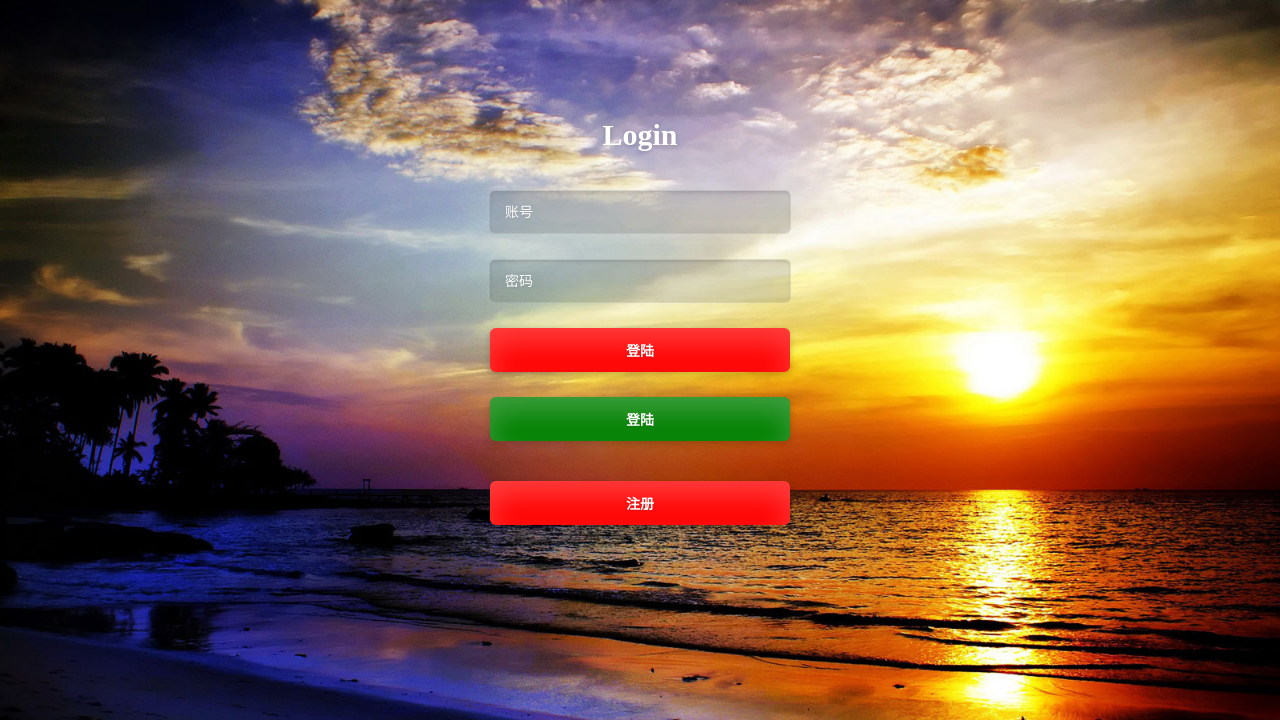
Repository: SUT-GC/myblog
Page: http://localhost/myblog/jsp/login/login.jsp
The author's editor kept a copy of each file at every save. The page is drawn from the files as they stood at one save, then again after the next save.
The browser window is 1280 px wide. The pictures show the whole page.
Some web libraries are served in a nearby version. The page is served by Tomcat 9. Other server files are loaded and not shown.

Above is the page before, as saved 2015-10-01 09:49:55.
Console error: TypeError: $(...).live is not a function

### javaee_workspace/myblog/WebContent/jsp/login/login.jsp
<%@ page language="java" contentType="text/html; charset=utf-8"
    pageEncoding="utf-8"%>
<!DOCTYPE html PUBLIC "-//W3C//DTD HTML 4.01 Transitional//EN" "http://www.w3.org/TR/html4/loose.dtd">
<html>

    <head>

        <meta charset="utf-8">
        <title>用户登陆</title>
        <meta name="viewport" content="width=device-width, initial-scale=1.0">
        <meta name="description" content="">
        <meta name="author" content="">

        <!-- CSS -->
        <link rel="stylesheet" href="css/reset.css">
        <link rel="stylesheet" href="css/supersized.css">
        <link rel="stylesheet" href="css/style.css">

        <!-- HTML5 shim, for IE6-8 support of HTML5 elements -->
        <!--[if lt IE 9]>
            <script src="http://html5shim.googlecode.com/svn/trunk/html5.js"></script>
        <![endif]-->

    </head>

    <body oncontextmenu="return false">

        <div class="page-container">
            <h1>Login</h1>
            <form action="" method="post">
				<div>
					<input type="text" name="username" class="username" placeholder="账号" autocomplete="off"/>
				</div>
                <div>
					<input type="password" name="password" class="password" placeholder="密码" oncontextmenu="return false" onpaste="return false" />
                </div>
                <button id="register" type="button" onclick="toRegister()">登陆</button>
                <button id="submit" type="button">登陆</button>

            </form>
            <form action="../registered/registered.jsp" method="post">
            	<button id="register" type="button" onclick="toRegister()">注册</button>
            </form>
            <div class="connect">
                <p>You cannot improve your past, but you can improve your future. </p>
				<p style="margin-top:20px;">你不能改变你的过去，但你可以让你的未来变得更美好。</p>
            </div>
        </div>
		<div class="alert" style="display:none">
			<h2>消息</h2>
			<div class="alert_con">
				<p id="ts"></p>
				<p style="line-height:70px"><a class="btn">确定</a></p>
			</div>
		</div>

        <!-- Javascript -->
		<script src="http://apps.bdimg.com/libs/jquery/1.6.4/jquery.min.js" type="text/javascript"></script>
        <script src="js/supersized.3.2.7.min.js"></script>
        <script src="js/supersized-init.js"></script>
		<script>
		$(".btn").click(function(){
			is_hide();
		})
		var u = $("input[name=username]");
		var p = $("input[name=password]");
		$("#submit").live('click',function(){
			if(u.val() == '' || p.val() =='')
			{
				$("#ts").jsp("用户名或密码不能为空~");
				is_show();
				return false;
			}
			else{
				var reg = /^[0-9A-Za-z]+$/;
				if(!reg.exec(u.val()))
				{
					$("#ts").jsp("用户名错误");
					is_show();
					return false;
				}
			}
		});
		function toRegister(){
			 window.location.href='../registered/registered.jsp';
		}
		window.onload = function()
		{
			$(".connect p").eq(0).animate({"left":"0%"}, 600);
			$(".connect p").eq(1).animate({"left":"0%"}, 400);
		}
		function is_hide(){ $(".alert").animate({"top":"-40%"}, 300) }
		function is_show(){ $(".alert").show().animate({"top":"45%"}, 300) }
		</script>
    </body>

</html>

### javaee_workspace/myblog/WebContent/jsp/login/css/supersized.css
/*

	Supersized - Fullscreen Slideshow jQuery Plugin
	Version : 3.2.7
	Site	: www.buildinternet.com/project/supersized

	Author	: Sam Dunn
	Company : One Mighty Roar (www.onemightyroar.com)
	License : MIT License / GPL License

*/

* { margin:0; padding:0; }
body { background:#111; height:100%; }
	img { border:none; }

	#supersized-loader { position:absolute; top:50%; left:50%; z-index:0; width:60px; height:60px; margin:-30px 0 0 -30px; text-indent:-999em; background:url(../img/progress.gif) no-repeat center center;}

	#supersized {  display:block; position:fixed; left:0; top:0; overflow:hidden; z-index:-999; height:100%; width:100%; }
		#supersized img { width:auto; height:auto; position:relative; display:none; outline:none; border:none; }
			#supersized.speed img { -ms-interpolation-mode:nearest-neighbor; image-rendering: -moz-crisp-edges; }	/*Speed*/
			#supersized.quality img { -ms-interpolation-mode:bicubic; image-rendering: optimizeQuality; }			/*Quality*/

		#supersized li { display:block; list-style:none; z-index:-30; position:fixed; overflow:hidden; top:0; left:0; width:100%; height:100%; background:#111; }
		#supersized a { width:100%; height:100%; display:block; }
			#supersized li.prevslide { z-index:-20; }
			#supersized li.activeslide { z-index:-10; }
			#supersized li.image-loading { background:#111 url(../img/progress.gif) no-repeat center center; width:100%; height:100%; }
				#supersized li.image-loading img{ visibility:hidden; }
			#supersized li.prevslide img, #supersized li.activeslide img{ display:inline; }


#supersized img { max-width: none !important }

### javaee_workspace/myblog/WebContent/jsp/login/css/style.css
/*
 *
 * Template Name: Fullscreen Login
 * Description: Login Template with Fullscreen Background Slideshow
 * Author: Anli Zaimi
 * Author URI: http://azmind.com
 *
 */


body {
    background: #f8f8f8;
    /*font-family: 'PT Sans', Helvetica, Arial, sans-serif;*/
	font-family:"Microsoft YaHei",微软雅黑,"Microsoft JhengHei",华文细黑,STHeiti,MingLiu;
    text-align: center;
    color: #fff;
}

.page-container {
    margin: 120px auto 0 auto;
}

h1 {
    font-size: 30px;
    font-weight: 700;
    text-shadow: 0 1px 4px rgba(0,0,0,.2);
}

form {
    position: relative;
    width: 305px;
    margin: 15px auto 0 auto;
    text-align: center;
}

input {
    width: 270px;
    height: 42px;
	line-height:42px;
    margin-top: 25px;
    padding: 0 15px;
    background: #2d2d2d; /* browsers that don't support rgba */
    *background-color:transparent;
    background: rgba(45,45,45,.15);
    -moz-border-radius: 6px;
    -webkit-border-radius: 6px;
    border-radius: 6px;
    border: 1px solid #3d3d3d; /* browsers that don't support rgba */
    border: 1px solid rgba(255,255,255,.15);
    -moz-box-shadow: 0 2px 3px 0 rgba(0,0,0,.1) inset;
    -webkit-box-shadow: 0 2px 3px 0 rgba(0,0,0,.1) inset;
    box-shadow: 0 2px 3px 0 rgba(0,0,0,.1) inset;
    font-family: 'PT Sans', Helvetica, Arial, sans-serif;
    font-size: 14px;
    color: #fff;
    text-shadow: 0 1px 2px rgba(0,0,0,.1);
    -o-transition: all .2s;
    -moz-transition: all .2s;
    -webkit-transition: all .2s;
    -ms-transition: all .2s;
}

input:-moz-placeholder { color: #fff; }
input:-ms-input-placeholder { color: #fff; }
input::-webkit-input-placeholder { color: #fff; }

input:focus {
    outline: none;
    -moz-box-shadow:
        0 2px 3px 0 rgba(0,0,0,.1) inset,
        0 2px 7px 0 rgba(0,0,0,.2);
    -webkit-box-shadow:
        0 2px 3px 0 rgba(0,0,0,.1) inset,
        0 2px 7px 0 rgba(0,0,0,.2);
    box-shadow:
        0 2px 3px 0 rgba(0,0,0,.1) inset,
        0 2px 7px 0 rgba(0,0,0,.2);
}

#submit {
    cursor: pointer;
    width: 300px;
    height: 44px;
    margin-top: 25px;
    padding: 0;
    background: green;
    -moz-border-radius: 6px;
    -webkit-border-radius: 6px;
    border-radius: 6px;
    border: 0px;
    -moz-box-shadow:
        0 15px 30px 0 rgba(255,255,255,.25) inset,
        0 2px 7px 0 rgba(0,0,0,.2);
    -webkit-box-shadow:
        0 15px 30px 0 rgba(255,255,255,.25) inset,
        0 2px 7px 0 rgba(0,0,0,.2);
    box-shadow:
        0 15px 30px 0 rgba(255,255,255,.25) inset,
        0 2px 7px 0 rgba(0,0,0,.2);
    font-family: 'PT Sans', Helvetica, Arial, sans-serif;
    font-size: 14px;
    font-weight: 700;
    color: #fff;
    text-shadow: 0 1px 2px rgba(0,0,0,.1);
    -o-transition: all .2s;
    -moz-transition: all .2s;
    -webkit-transition: all .2s;
    -ms-transition: all .2s;
}
#register {
    cursor: pointer;
    width: 300px;
    height: 44px;
    margin-top: 25px;
    padding: 0;
    background: red;
    -moz-border-radius: 6px;
    -webkit-border-radius: 6px;
    border-radius: 6px;
    border: 0px;
    -moz-box-shadow:
        0 15px 30px 0 rgba(255,255,255,.25) inset,
        0 2px 7px 0 rgba(0,0,0,.2);
    -webkit-box-shadow:
        0 15px 30px 0 rgba(255,255,255,.25) inset,
        0 2px 7px 0 rgba(0,0,0,.2);
    box-shadow:
        0 15px 30px 0 rgba(255,255,255,.25) inset,
        0 2px 7px 0 rgba(0,0,0,.2);
    font-family: 'PT Sans', Helvetica, Arial, sans-serif;
    font-size: 14px;
    font-weight: 700;
    color: #fff;
    text-shadow: 0 1px 2px rgba(0,0,0,.1);
    -o-transition: all .2s;
    -moz-transition: all .2s;
    -webkit-transition: all .2s;
    -ms-transition: all .2s;
}

button:hover {
    -moz-box-shadow:
        0 15px 30px 0 rgba(255,255,255,.15) inset,
        0 2px 7px 0 rgba(0,0,0,.2);
    -webkit-box-shadow:
        0 15px 30px 0 rgba(255,255,255,.15) inset,
        0 2px 7px 0 rgba(0,0,0,.2);
    box-shadow:
        0 15px 30px 0 rgba(255,255,255,.15) inset,
        0 2px 7px 0 rgba(0,0,0,.2);
}

button:active {
    -moz-box-shadow:
        0 15px 30px 0 rgba(255,255,255,.15) inset,
        0 2px 7px 0 rgba(0,0,0,.2);
    -webkit-box-shadow:
        0 15px 30px 0 rgba(255,255,255,.15) inset,
        0 2px 7px 0 rgba(0,0,0,.2);
    box-shadow:
        0 5px 8px 0 rgba(0,0,0,.1) inset,
        0 1px 4px 0 rgba(0,0,0,.1);

    border: 0px solid #ef4300;
}

.connect {
    width: 800px;
    margin: 50px auto 0 auto;
    font-size: 14px;

    text-shadow: 0 1px 3px rgba(0,0,0,.2);
}
.connect p{
    position:relative;
	left:-140%;
	top:0
}
.connect a {
    display: inline-block;
    width: 32px;
    height: 35px;
    margin-top: 15px;
    -o-transition: all .2s;
    -moz-transition: all .2s;
    -webkit-transition: all .2s;
    -ms-transition: all .2s;
}
.alert{
	width:310px;
	height:200px;
	background:#000;
	position:absolute;
	top:-40%;
	left:50%;
	margin: -101px 0 0 -151px;
}
.alert h2{
	height:40px;
	padding-left:8px;
	font-size:14px;
	background:#FF0543;
	text-align:left;
	line-height:40px;
}
.alert .alert_con{
	background:#fff;
	height:160px;
}
.alert .alert_con p{
	color:#000;
	line-height:90px;
}
.alert .alert_con .btn{
	padding:3px 10px;
	color:#fff;
	cursor:pointer;
	background:#72D1FF;
	border:1px solid #72D1FF;
	border-radius:4px;
}
.alert .alert_con .btn:hover{
	background:#4FB2EF;
	border:1px solid #4FB2EF;
	border-radius:4px;
}
/*
.connect a.facebook { background: url(../img/facebook.png) center center no-repeat; }
.connect a.twitter { background: url(../img/twitter.png) center center no-repeat; }

.connect a:hover { background-position: center bottom; }
*/

### javaee_workspace/myblog/WebContent/jsp/login/js/supersized-init.js
jQuery(function($){

    $.supersized({

        // Functionality
        slide_interval     : 6000,    // Length between transitions
        transition         : 1,    // 0-None, 1-Fade, 2-Slide Top, 3-Slide Right, 4-Slide Bottom, 5-Slide Left, 6-Carousel Right, 7-Carousel Left
        transition_speed   : 3000,    // Speed of transition
        performance        : 1,    // 0-Normal, 1-Hybrid speed/quality, 2-Optimizes image quality, 3-Optimizes transition speed // (Only works for Firefox/IE, not Webkit)

        // Size & Position
        min_width          : 0,    // Min width allowed (in pixels)
        min_height         : 0,    // Min height allowed (in pixels)
        vertical_center    : 1,    // Vertically center background
        horizontal_center  : 1,    // Horizontally center background
        fit_always         : 0,    // Image will never exceed browser width or height (Ignores min. dimensions)
        fit_portrait       : 1,    // Portrait images will not exceed browser height
        fit_landscape      : 0,    // Landscape images will not exceed browser width

        // Components
        slide_links        : 'blank',    // Individual links for each slide (Options: false, 'num', 'name', 'blank')
        slides             : [    // Slideshow Images
                                 {image : './img/1.jpg'},
                                 {image : './img/2.jpg'},
                                 {image : './img/3.jpg'}
                             ]

    });

});

Loaded but not shown: javaee_workspace/myblog/WebContent/jsp/login/css/reset.css (common file); javaee_workspace/myblog/WebContent/jsp/login/js/supersized.3.2.7.min.js (library)

After the next save:
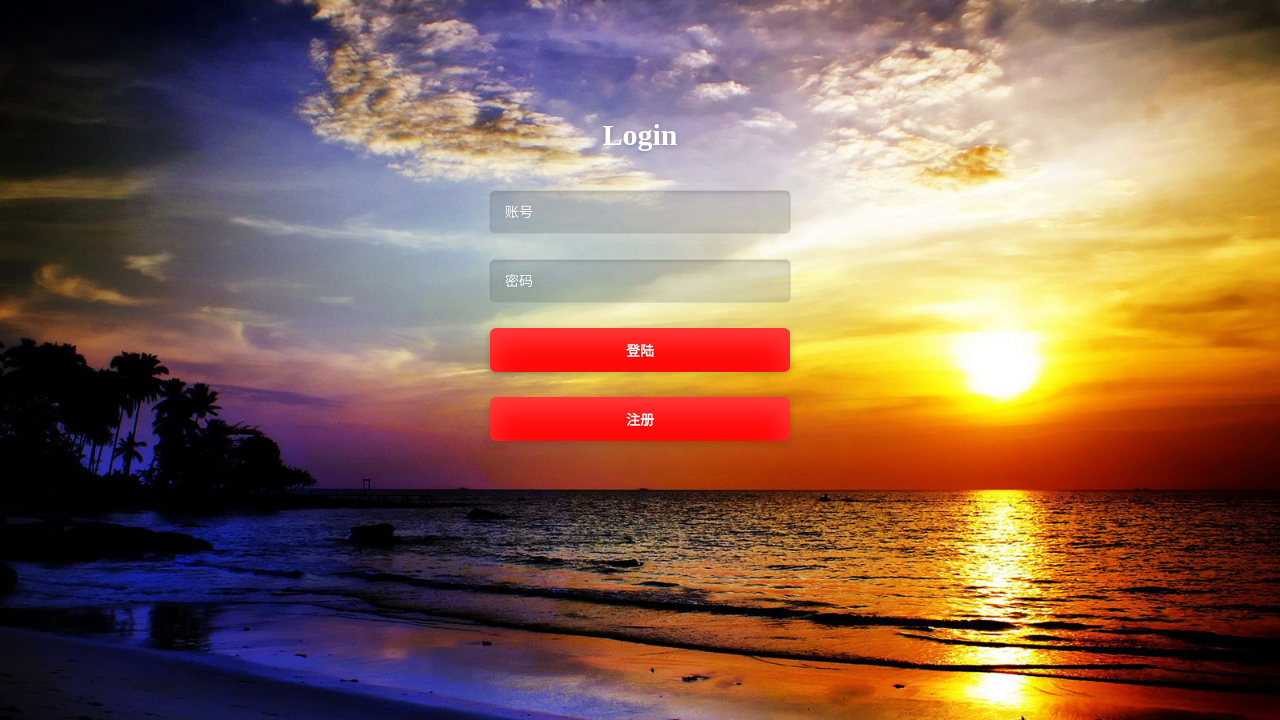
Saved 36 s later.
--- a/javaee_workspace/myblog/WebContent/jsp/login/login.jsp
+++ b/javaee_workspace/myblog/WebContent/jsp/login/login.jsp
@@ -35,11 +35,7 @@
 					<input type="password" name="password" class="password" placeholder="密码" oncontextmenu="return false" onpaste="return false" />
                 </div>
                 <button id="register" type="button" onclick="toRegister()">登陆</button>
-                <button id="submit" type="button">登陆</button>
-
-            </form>
-            <form action="../registered/registered.jsp" method="post">
-            	<button id="register" type="button" onclick="toRegister()">注册</button>
+            	<a href="../registered/registered.jsp"><button id="register" type="button" onclick="toRegister()">注册</button></a>
             </form>
             <div class="connect">
                 <p>You cannot improve your past, but you can improve your future. </p>

After the save that followed:
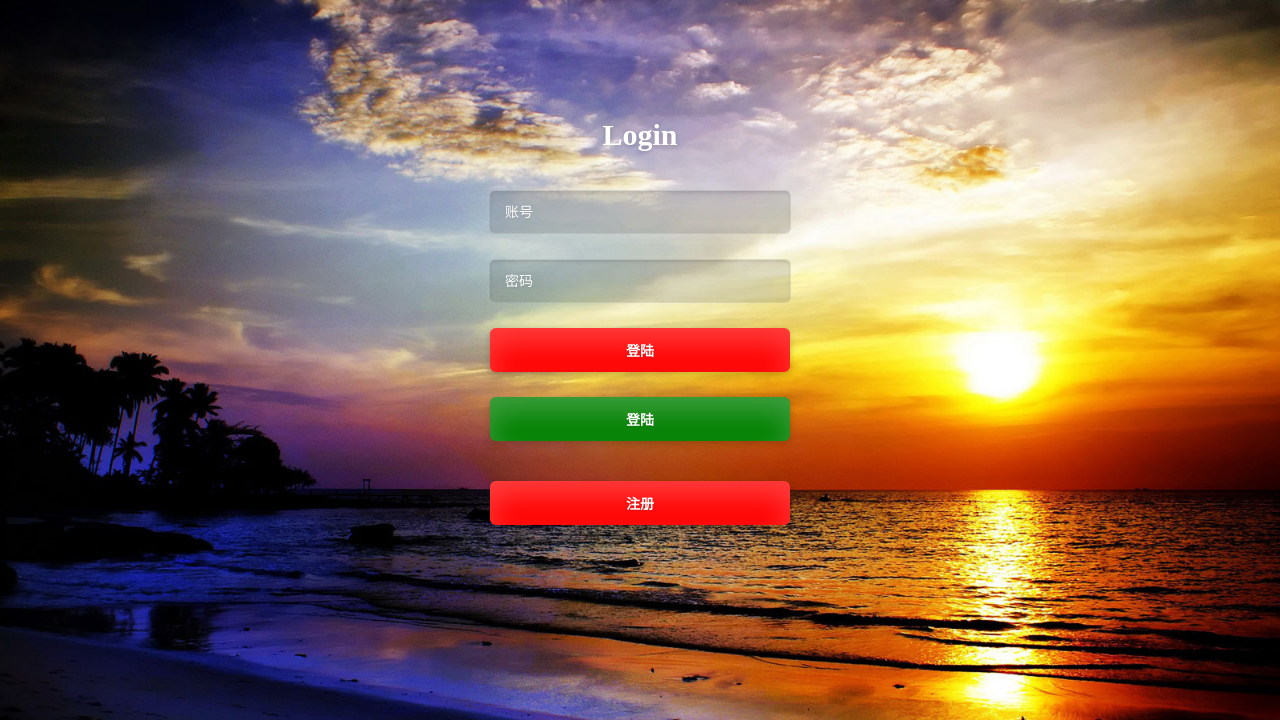
Saved 67 s later.
--- a/javaee_workspace/myblog/WebContent/jsp/login/login.jsp
+++ b/javaee_workspace/myblog/WebContent/jsp/login/login.jsp
@@ -35,7 +35,11 @@
 					<input type="password" name="password" class="password" placeholder="密码" oncontextmenu="return false" onpaste="return false" />
                 </div>
                 <button id="register" type="button" onclick="toRegister()">登陆</button>
-            	<a href="../registered/registered.jsp"><button id="register" type="button" onclick="toRegister()">注册</button></a>
+                <button id="submit" type="button">登陆</button>
+
+            </form>
+            <form action="../registered/registered.jsp" method="post">
+            	<button id="register" type="button" onclick="toRegister()">注册</button>
             </form>
             <div class="connect">
                 <p>You cannot improve your past, but you can improve your future. </p>
